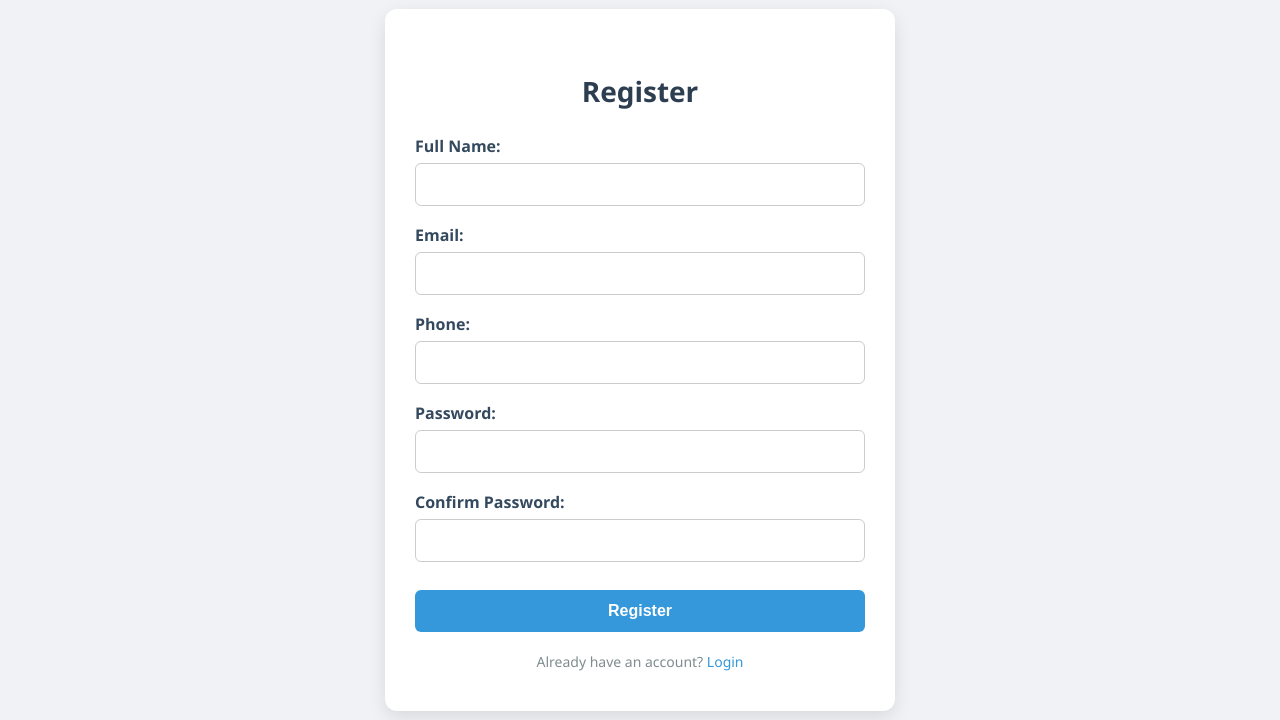
Repository: Ramaryal33/Airline-Management-System
Page: http://localhost/Airline_Management_System/register
These files come from the project's save history. The page is drawn as it stood at one moment and after the next save; the edit follows.
The browser window is 1280 px wide. The pictures show the whole page.
The page is served by Tomcat 10.

Above is the page before, as saved 2025-04-20 23:41:40.

After the next save:
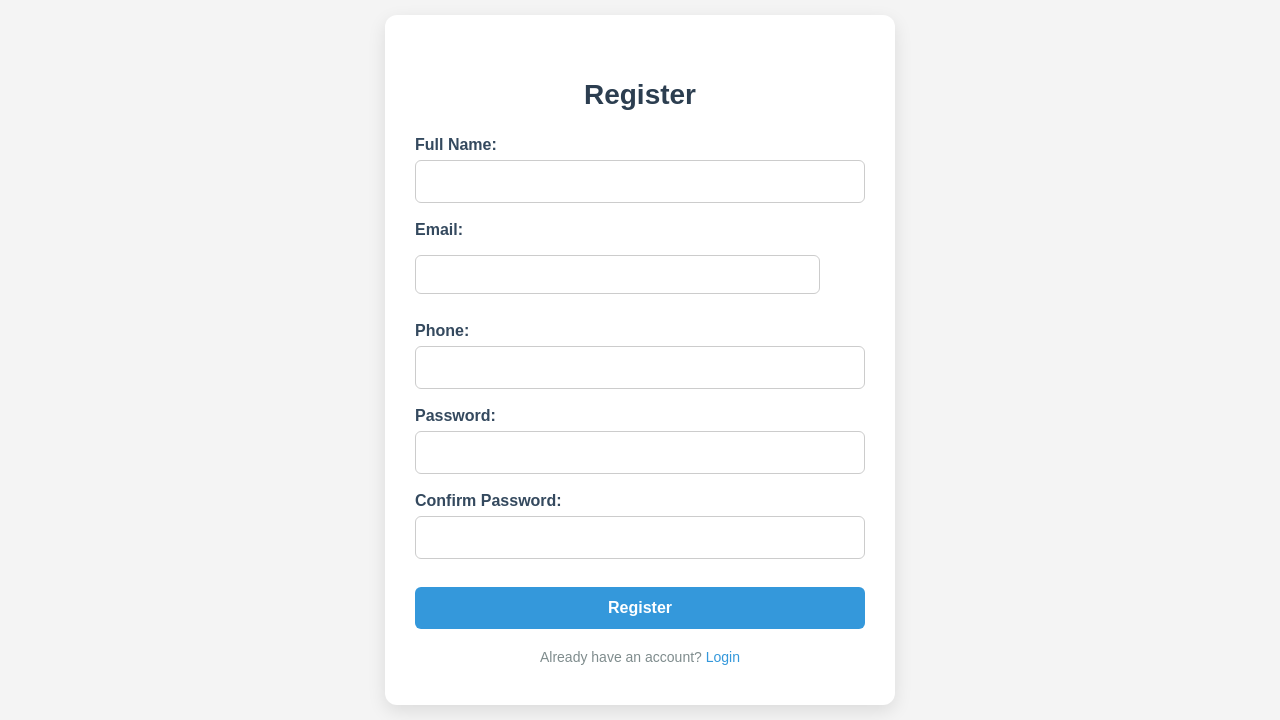
Saved 7 min 28 s later.
--- a/Airline_Management_System/src/main/webapp/css/register.css
+++ b/Airline_Management_System/src/main/webapp/css/register.css
@@ -147,3 +147,46 @@ button[type="submit"]:hover {
         font-size: 22px;
     }
 }
+
+
+
+
+
+/*forgot password*/
+
+body {
+    font-family: Arial, sans-serif;
+    background: #f4f4f4;
+    display: flex;
+    justify-content: center;
+    align-items: center;
+    height: 100vh;
+}
+
+.container {
+    background: white;
+    padding: 30px;
+    border-radius: 8px;
+    box-shadow: 0 0 15px rgba(0,0,0,0.1);
+    width: 350px;
+    text-align: center;
+}
+
+input[type="email"] {
+    width: 90%;
+    padding: 10px;
+    margin: 10px 0;
+}
+
+button {
+    padding: 10px 20px;
+    background: #0066cc;
+    color: white;
+    border: none;
+    cursor: pointer;
+}
+
+.message {
+    color: green;
+    margin: 10px 0;
+}
